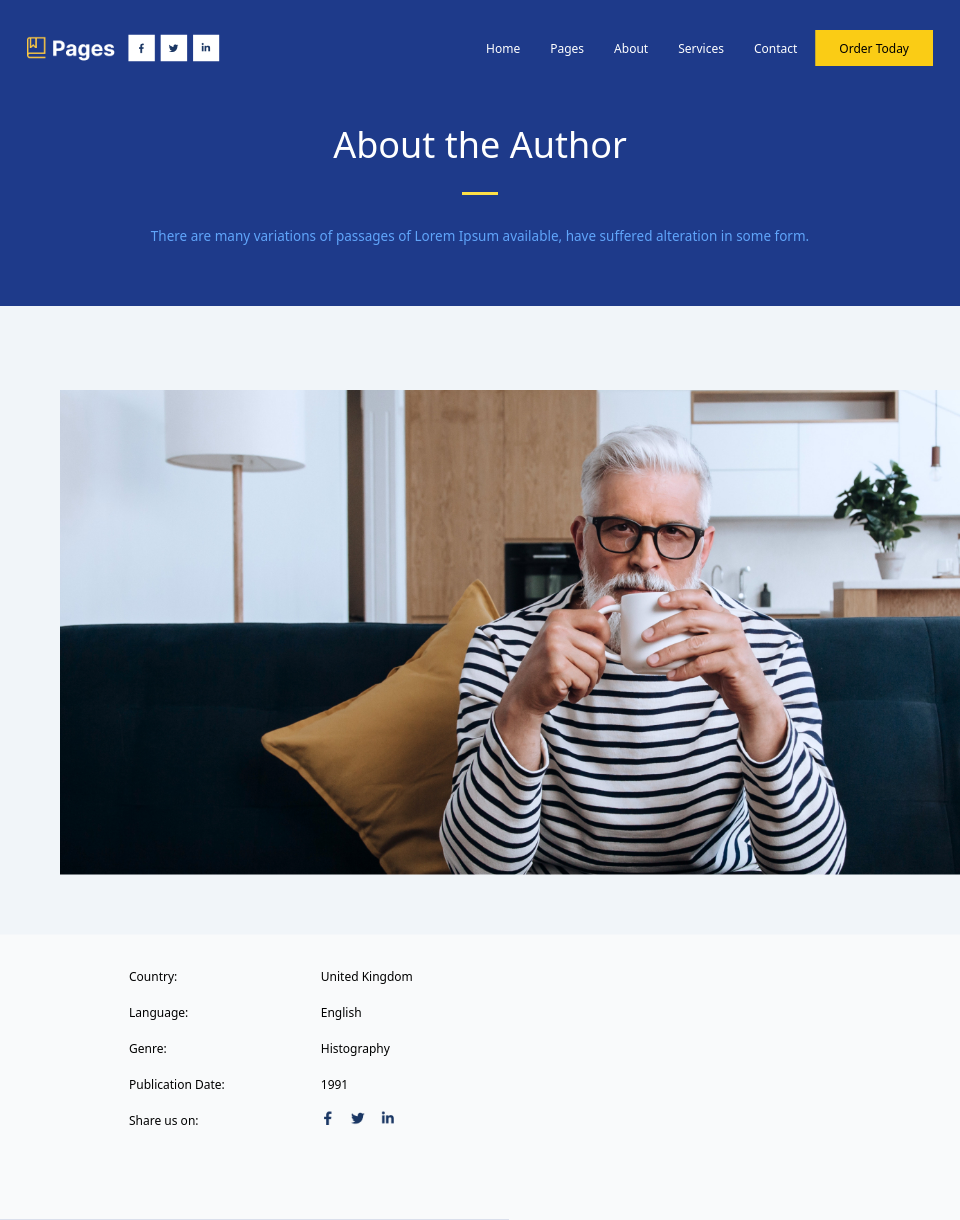
Repository: Godnorg/Class3
Page: index.html
These files come from the project's save history. The page is drawn as it stood at one moment and after the next save; the edit follows.
The browser window is 1280 px wide. The pictures show the whole page, at 75% of full size.
Some web libraries are served in a nearby version.

Above is the page before, as saved 2023-02-19 02:54:39.

### index.html
<!DOCTYPE html>
<html lang="en">
<head>
    <meta charset="UTF-8">
    <meta http-equiv="X-UA-Compatible" content="IE=edge">
    <meta name="viewport" content="width=device-width, initial-scale=1.0">
    <title>Class3</title>
    <script src="https://cdn.tailwindcss.com"></script>
</head>
<body class="w-full bg-blue-900">
<div class="flex items-center justify-between w-full pt-10 mx-auto px-9 max-w-7xl">
    <div class="flex gap-4 ">
    <img src="./Logo.png">
    <img src="./soc-icons.png" class="h-9">
    </div>
    <div class="flex gap-6">
        <ul class="flex items-center gap-10 text-white">
            <li><a href="#">Home</a></li>
            <li><a href="#">Pages</a></li>
            <li><a href="#">About</a></li>
            <li><a href="#">Services</a></li>
            <li><a href="#">Contact</a></li>
        </ul>
        <button class="px-8 py-3 mx-auto bg-yellow-400 font-sans-serif">Order Today</button>
    </div>
    </div>
    <div class="items-center mx-auto">
    <h1 class="items-center pt-20 pb-10 text-5xl text-center text-white">About the Author</h1>
        <div
            class="items-center w-12 h-1 mx-auto text-center bg-yellow-300">
        </div>
        <p class="items-center pt-10 pb-20 mx-auto text-lg text-center text-blue-400">There are many variations of passages of Lorem Ipsum available, have suffered alteration in some form.</p>
    </div>
    <div class= "bg-slate-100">
        <div class="relative w-full pb-20 pl-20 mx-auto pt-28 max-w-7xl">
        <img src="./oldman2.jpg">
        </div>
        <div class="bg-gray-50">
            <div class="flex py-24 mt-0 ml-32 mr-6 pt-11 px-11">
                <div class="pr-32">
                <h2 class="pb-6">Country:</h2>
                <h2 class="pb-6">Language:</h2>
                <h2 class="pb-6">Genre:</h2>
                <h2 class="pb-6">Publication Date:</h2>
                <h2 class="pb-6">Share us on:</h2>
                </div>
                <div class="px-0">
                <p class="pb-6">United Kingdom</p>
                <p class="pb-6">English</p>
                <p class="pb-6">Histography</p>
                <p class="pb-6">1991</p>
                <img src="./socialmedia.png" class="pb-6">
                </div>
            </div>
        </div>
    </div>

</body>
</html>

After the next save:
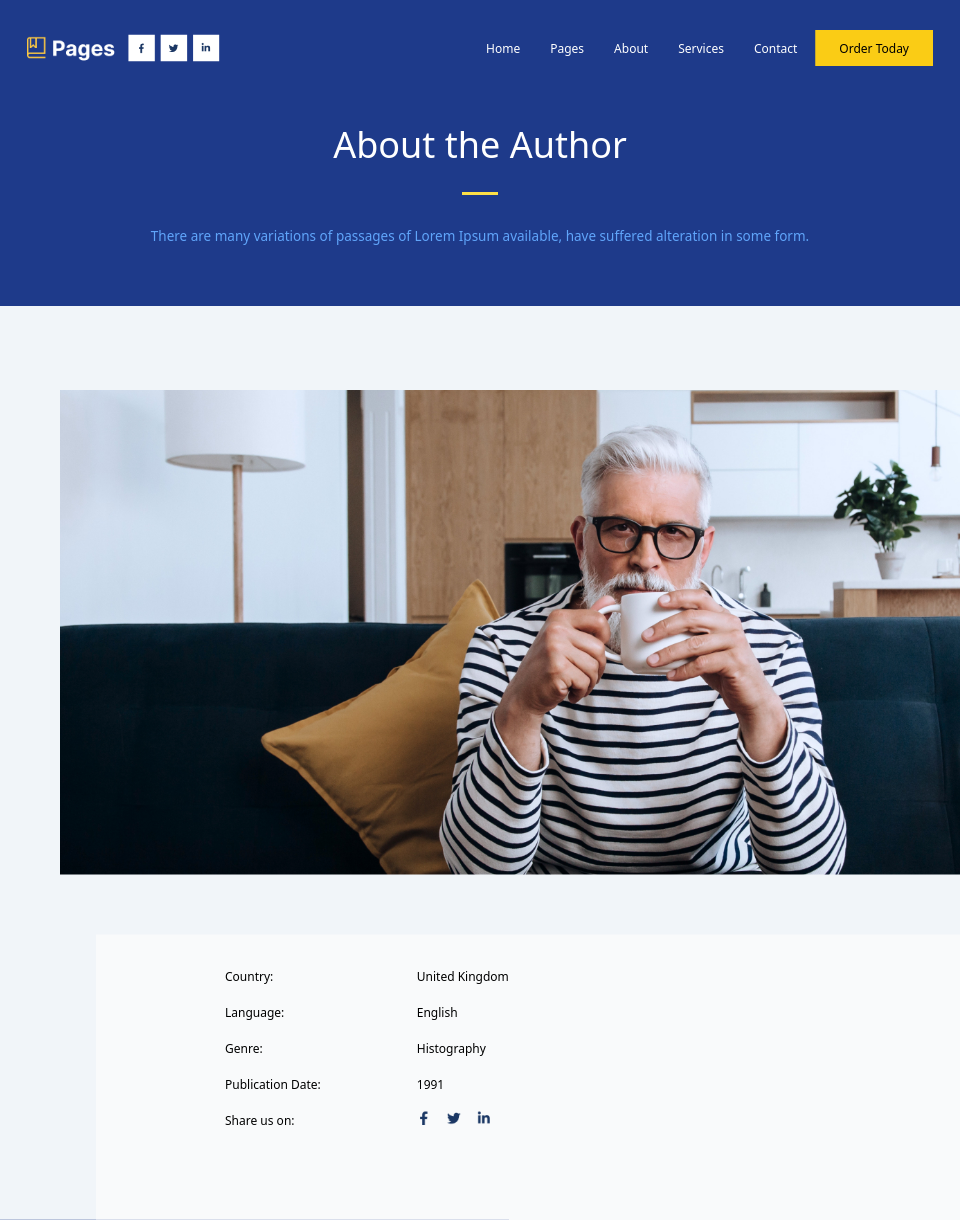
Saved 41 s later.
--- a/index.html
+++ b/index.html
@@ -35,7 +35,7 @@
         <div class="relative w-full pb-20 pl-20 mx-auto pt-28 max-w-7xl">
         <img src="./oldman2.jpg">
         </div>
-        <div class="bg-gray-50">
+        <div class="ml-32 bg-gray-50">
             <div class="flex py-24 mt-0 ml-32 mr-6 pt-11 px-11">
                 <div class="pr-32">
                 <h2 class="pb-6">Country:</h2>

After the save that followed:
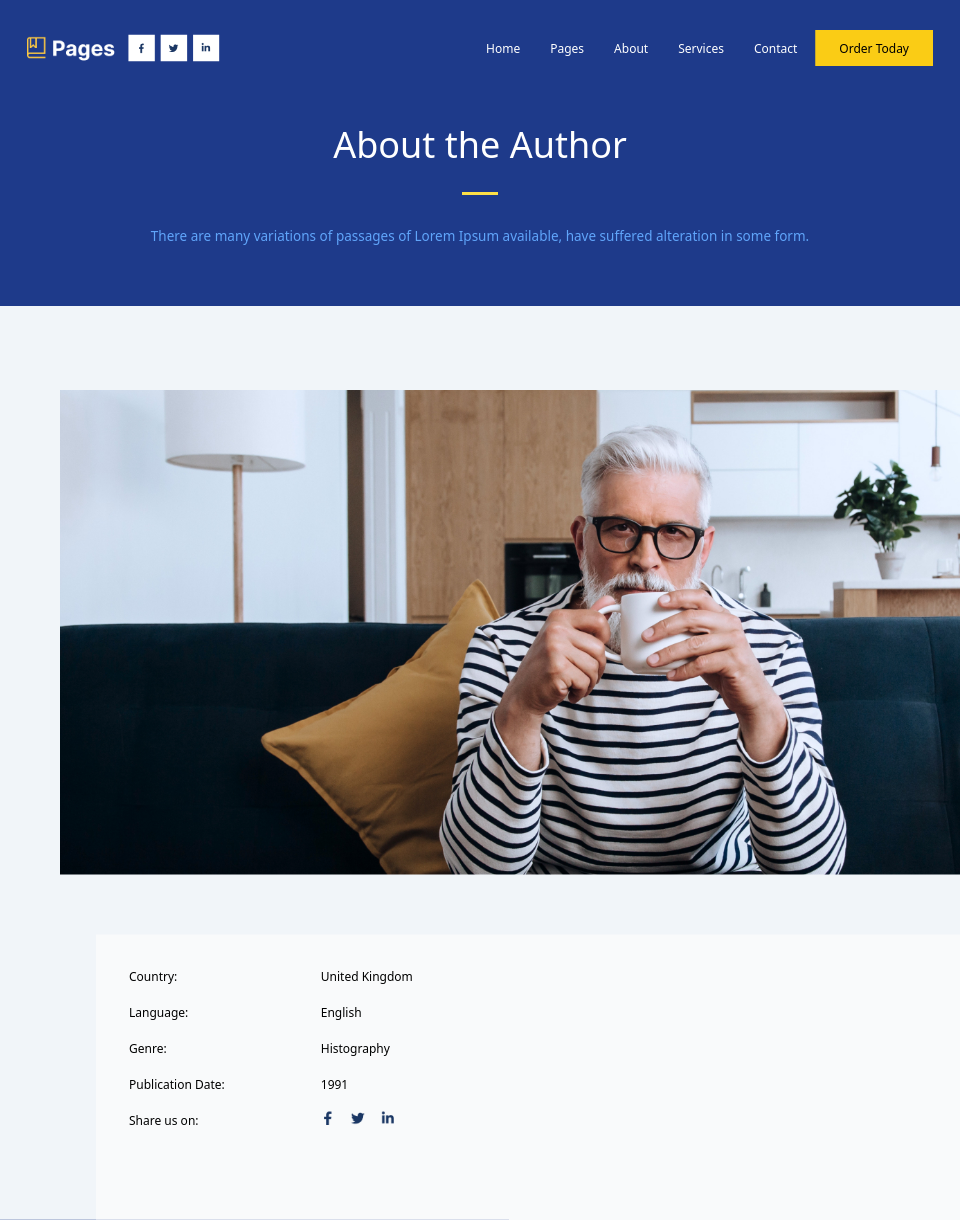
Saved 9 s later.
--- a/index.html
+++ b/index.html
@@ -36,7 +36,7 @@
         <img src="./oldman2.jpg">
         </div>
         <div class="ml-32 bg-gray-50">
-            <div class="flex py-24 mt-0 ml-32 mr-6 pt-11 px-11">
+            <div class="flex py-24 mt-0 mr-6 pt-11 px-11">
                 <div class="pr-32">
                 <h2 class="pb-6">Country:</h2>
                 <h2 class="pb-6">Language:</h2>
